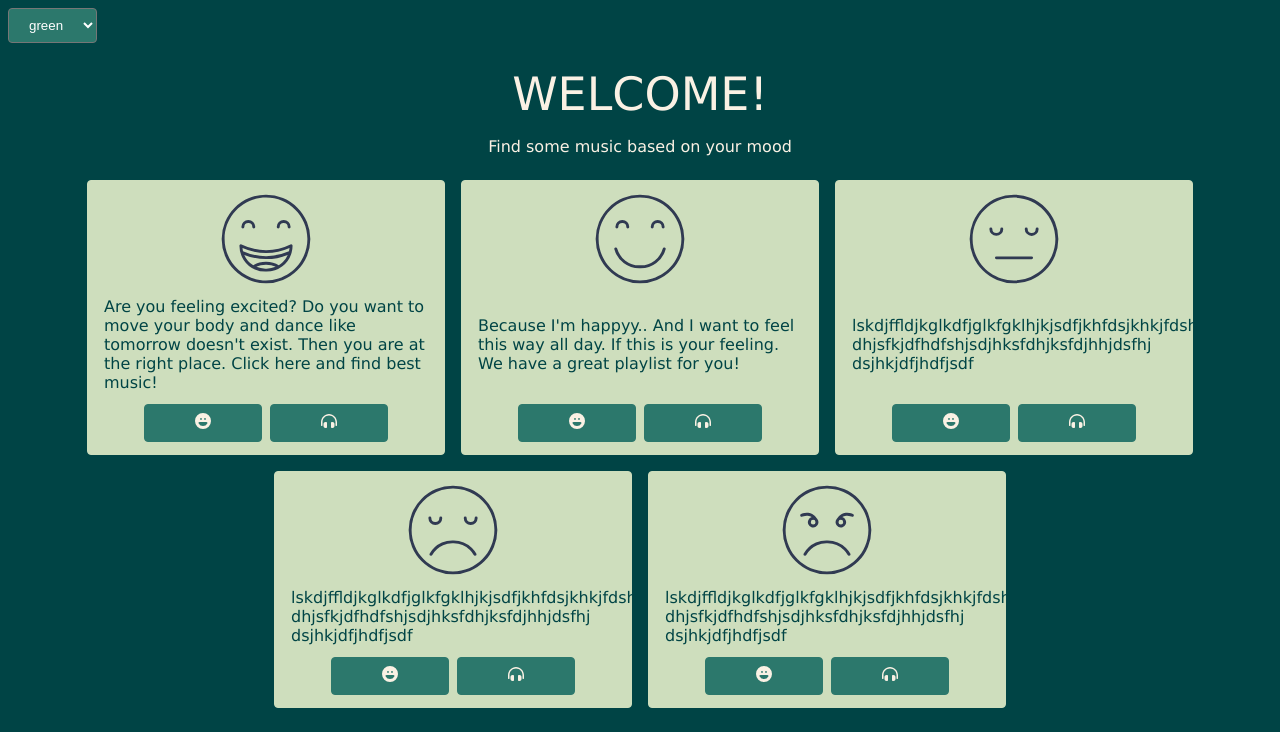
Repository: majakesin/moodify-app
Page: /
An editor plug-in stored every save of this project. The page is shown before and after the next save, followed by the edit.
The browser window is 1280 px wide. The pictures show the whole page.
The project was rebuilt for these pictures with package versions that can differ from the ones it lists, and the page was loaded fresh each time. Also part of the build but not shown: src/components/Song/index.jsx, src/data/songs.js, src/pages/SongList/index.jsx.

Above is the page before, as saved 2023-08-23 12:21:07.

After the next save:
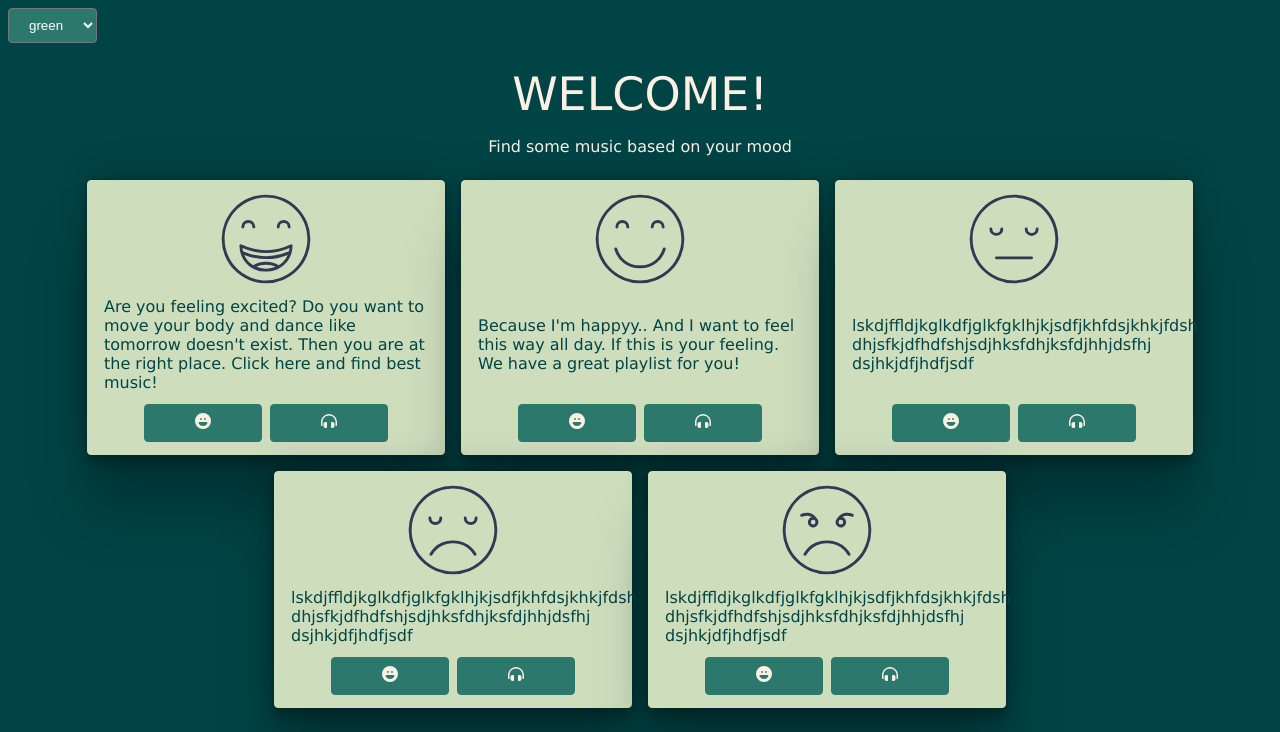
Saved 30 s later.
--- a/src/components/Mood/index.module.css
+++ b/src/components/Mood/index.module.css
@@ -12,6 +12,7 @@
     flex-direction: column;
     justify-content: space-between;
     color: var(--fourth-color);
+    box-shadow: rgba(0, 0, 0, 0.25) 0px 54px 55px, rgba(0, 0, 0, 0.12) 0px -12px 30px, rgba(0, 0, 0, 0.12) 0px 4px 6px, rgba(0, 0, 0, 0.17) 0px 12px 13px, rgba(0, 0, 0, 0.09) 0px -3px 5px;
 }
 
 .icon {
